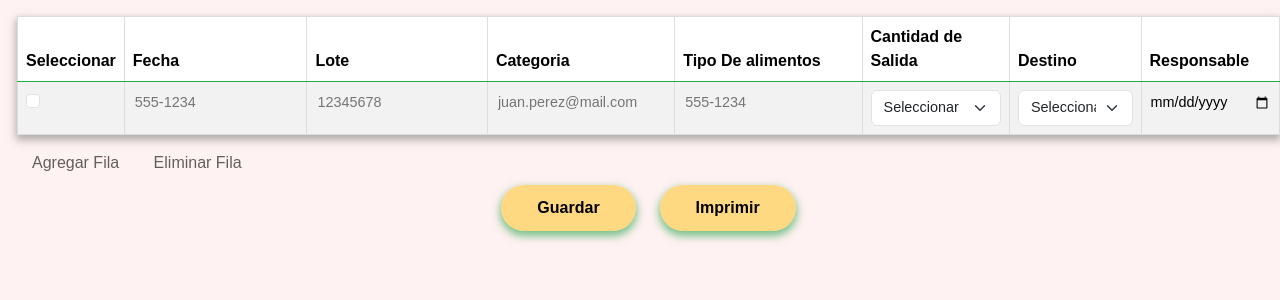
Repository: Mateojimenezz/Granja-Santa-Helena
Page: registroDiarioDeAlimentos.html
These files come from the project's save history. The page is drawn as it stood at one moment and after the next save; the edit follows.
The browser window is 1280 px wide. The pictures show the whole page.
Some web fonts or font styles are not loaded; a fallback is used.

Above is the page before, as saved 2025-04-22 15:37:36.

After the next save:
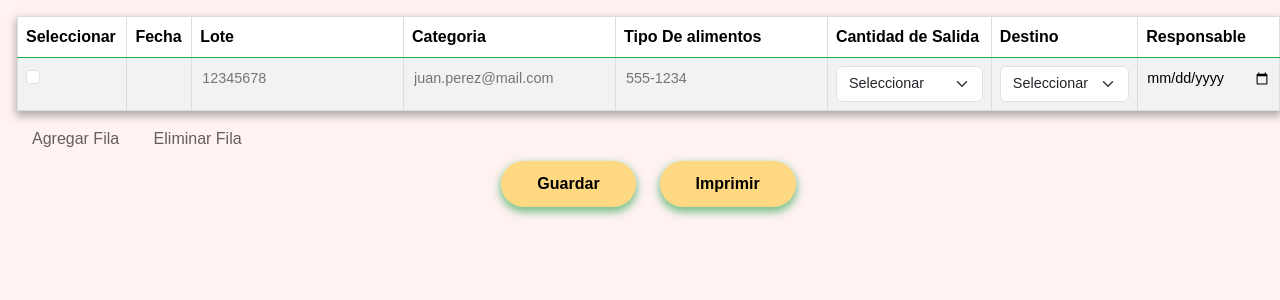
Saved 17 s later.
--- a/registroDiarioDeAlimentos.html
+++ b/registroDiarioDeAlimentos.html
@@ -30,7 +30,7 @@
                 <input type="checkbox" class="form-check-input" />
               </td>
               <td>
-                <input type="tel" class="input-no-border" placeholder="555-1234" />
+
               </td>
               <td>
                 <input type="text" class="input-no-border" placeholder="12345678" />
